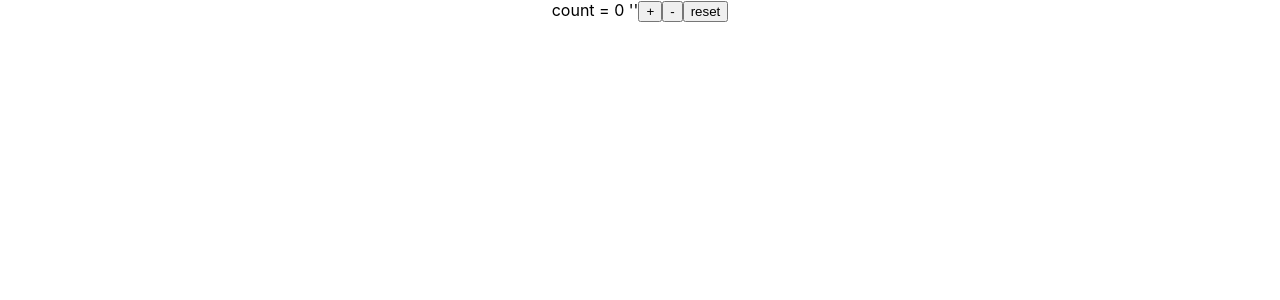
Repository: rihemebh/React-Basics
Page: / (app in react and hooks/)
The author's editor kept a copy of each file at every save. The page is drawn from the files as they stood at one save, then again after a run of saves.
The browser window is 1280 px wide. The pictures show the whole page.
The project was rebuilt for these pictures with package versions that can differ from the ones it lists, and the page was loaded fresh each time.

Above is the page before, as saved 2021-07-06 15:52:05.

After the next 4 saves:
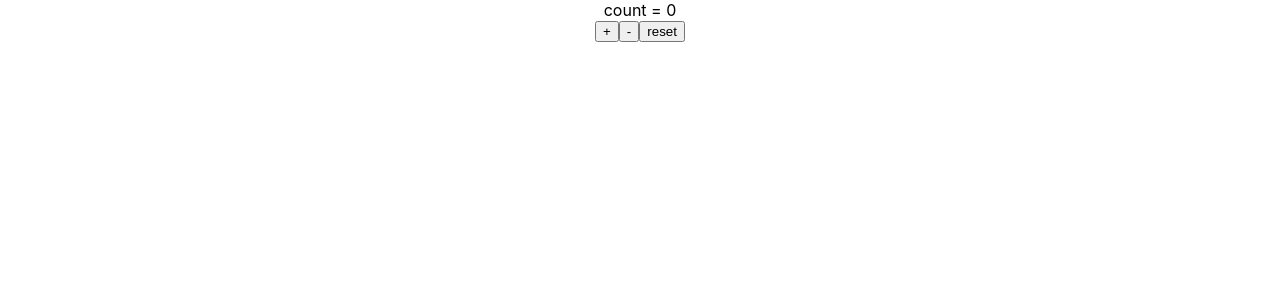
The 4 saves are shown as one change because they came seconds apart.
The last was saved 9 s later.
--- a/react and hooks/src/Components/hooks/useReducer/counter.js
+++ b/react and hooks/src/Components/hooks/useReducer/counter.js
@@ -10,7 +10,7 @@ function CounterOne() {
   const [state, dispatch] = useReducer(reducer, initialState)
   return (
     <div>
-      count = {state} ''
+      count = {state} <br />
       <button onClick={
         ()=> dispatch("increment")
       }>+</button>
